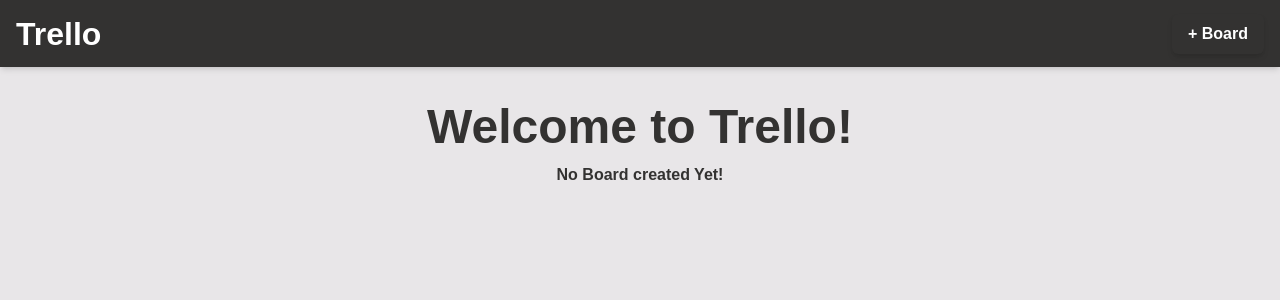
Repository: rimsha-shoukat/trello-app
Page: /
An editor plug-in stored every save of this project. The page is shown before and after a run of saves, followed by the edit.
The browser window is 1280 px wide. The pictures show the whole page.
The project was rebuilt for these pictures with package versions that can differ from the ones it lists, and the page was loaded fresh each time. The framework's server and built-in components were replaced by stand-ins that run in the browser. Also part of the build but not shown: next.config.mjs.

Above is the page before, as saved 2025-09-22 15:56:23.

### src/app/layout.jsx
import "./globals.css";

export const metadata = {
  title: "Trello App",
  description: "User workspace to manage different task",
};

export default function RootLayout({ children }) {

  return (
    <html lang="en">
      <body>
          {children}
      </body>
    </html>
  );
}

### src/app/page.jsx
'use client';
import dynamic from 'next/dynamic';
import { useState, useEffect } from 'react';
import MainHeader from '@/components/mainHeader';
import BoxArea from '@/components/boxArea';
const BoxDialogBox = dynamic(() => import('@/components/boxDialogBox'), { loading: () => <p>Loading...</p>, ssr: false });

export default function Home() {
  const [boardBox, setBoardBox] = useState(false);
  const [boardList, setBoardList] = useState([]);
  const [greeting, setGreeting] = useState(true);

  useEffect(() => {
    const storedBoards = localStorage.getItem('boards') || '[]';
    setBoardList(JSON.parse(storedBoards));
  }, []);

  useEffect(() => {
    const timer = setTimeout(() => {
      setGreeting(false);
    }, 9000);
    return () => {
      clearTimeout(timer);
    }
  }, []);

  return (
    <>
      <section className="w-[100%] flex flex-row justify-between items-center bg-[#333231] py-[0.6rem] px-4 shadow-md select-none">
        <MainHeader boardBox={boardBox} setBoardBox={setBoardBox} />
        <BoxDialogBox boardBox={boardBox} setBoardBox={setBoardBox} boardList={boardList} setBoardList={setBoardList} />
      </section>
      <BoxArea boardList={boardList} setBoardList={setBoardList} greeting={greeting} />
    </>
  );
}

### src/app/globals.css
@import "tailwindcss";

body{
    display: flex;
    justify-content: center;
    align-items: center;
    flex-direction: column;
    margin: 0;
    padding: 0;
    box-sizing: border-box;
    font-family: sans-serif;
    width: 100%;
    height: 100%;
    background-color: #e8e6e8;
    overflow-x: hidden;
    overflow-y: auto;
    color: white;
}

### src/components/mainHeader.jsx
'use client';

export default function mainHeader({boardBox, setBoardBox}){
    return(
        <>
            <h1 className="text-white text-[2rem] font-bold">Trello</h1>
                <div className="flex flex-row gap-4">
                <button
                    onClick={() => setBoardBox(!boardBox)}
                    className="py-2 px-4 bg-[#333231] hover:shadow-sm hover:scale-105 hover:shadow-gray-300 rounded-md cursor-pointer font-semibold text-white shadow-md transition-all duration-300"
                >
                    + Board
                </button>
            </div>
        </>
    )
}

### src/components/boxArea.jsx
import dynamic from 'next/dynamic';
const BoxList = dynamic(() => import('./boxList'), { ssr: false });

export default function BoxArea({ boardList, setBoardList, greeting }) {

  return (
    <section className="select-none text-[#333231] w-[100%] h-[100%] flex flex-col items-center justify-center mt-6">
      <h1 className={`${greeting ? 'block' : 'hidden'} font-bold text-[3rem]`} >Welcome to Trello!</h1>
      {
        boardList && Array.isArray(boardList) && boardList.length === 0 ? (
          <p className="font-bold text-[1rem]">No Board created Yet!</p>
        ) : (
          <section style={{
            scrollbarWidth: 'none',
            msOverflowStyle: 'none',
          }}
            className="mt-4 w-[100%] h-auto grid grid-flow-col grid-rows-2 gap-8 items-start justify-start overflow-x-auto overflow-y-hidden px-[2rem] ">
            <BoxList boardList={boardList} setBoardList={setBoardList} />
          </section>
        )}
    </section>
  )
}

### src/components/boxDialogBox.jsx
'use client';
import { useState } from 'react';

export default function boxDialogBox({ boardBox, setBoardBox, boardList, setBoardList }) {
    const [title, setTitle] = useState('');
    const [bg, setBg] = useState("#616060");
    const [text, setText] = useState('#f5f2f2');

    const handleNewBoard = (e) => {
        e.preventDefault();
        const newBoard = { id: Date.now().toString(), title: title, bg: bg, text: text, lists: [] };
        localStorage.setItem('boards', JSON.stringify([...boardList, newBoard]));
        setBoardList([...boardList, newBoard]);
        setTitle('');
        setBg("#616060");
        setText('#f5f2f2');
        setBoardBox(false);
    }

    return (
        <>
            {boardBox && (
                <form onSubmit={handleNewBoard} className="absolute top-1/2 left-1/2 transform -translate-x-1/2 -translate-y-1/2 bg-[#333231] p-6 rounded-md shadow-lg z-10">
                    <input
                        type="text" value={title} onChange={(e) => setTitle(e.target.value)}
                        className="border-2 p-2 rounded-md w-[12rem] border-gray-300/50 focus:outline-none focus:ring-0"
                        placeholder="Enter board title" required
                    />
                    <div className="flex flex-row w-[100%] items-center justify-between mt-2">
                        <input
                            type="color" value={bg} onChange={(e) => setBg(e.target.value)}
                            className="p-[0.25rem] cursor-pointer rounded-md w-20 h-10 shadow-sm hover:scale-105"
                            title="Pick a background color"
                        />
                        <input
                            type="color" value={text} onChange={(e) => setText(e.target.value)}
                            className="p-[0.25rem] cursor-pointer rounded-md w-20 h-10 shadow-sm hover:scale-105"
                            title="Pick a text color"
                        />
                    </div>
                    <div className="w-[100%] mt-4 flex flex-row justify-between items-center">
                        <button
                            onClick={() => setBoardBox(false)}
                            className="px-4 py-[0.35rem] bg-[#333231] hover:shadow-sm hover:scale-95 hover:shadow-gray-300 rounded-md cursor-pointer font-semibold shadow-sm transition-all duration-300"
                        >
                            Cancel
                        </button>
                        <button type="submit"
                            className="px-4 py-[0.35rem] bg-[#333231] hover:shadow-sm hover:scale-105 hover:shadow-gray-300 rounded-md cursor-pointer font-semibold text-white shadow-md transition-all duration-300"
                        >
                            Create
                        </button>
                    </div>
                </form>
            )}
        </>
    )

}

After the next 3 saves:
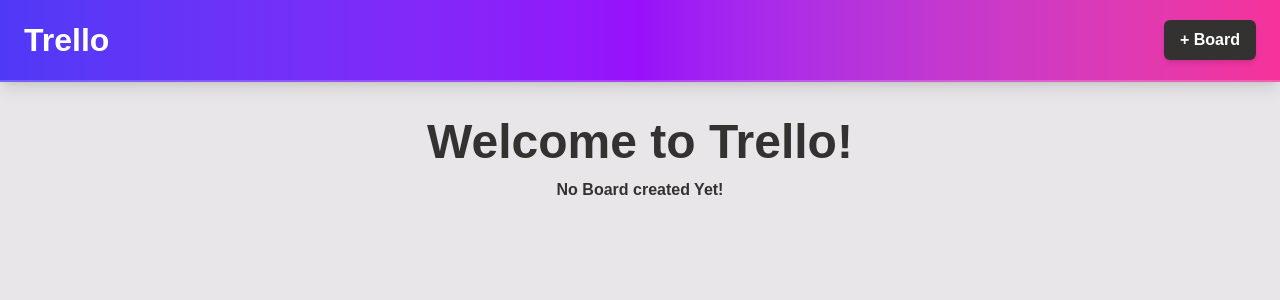
The 3 saves are shown as one change because 1 did not build or start and some came seconds apart.
The last was saved 27 h 19 min later.
--- a/src/app/page.jsx
+++ b/src/app/page.jsx
@@ -26,7 +26,7 @@
 
   return (
     <>
-      <section className="w-[100%] flex flex-row justify-between items-center bg-[#333231] py-[0.6rem] px-4 shadow-md select-none">
+      <section className="w-[100%] flex flex-row justify-between items-center bg-gradient-to-r from-indigo-600 via-purple-600 to-pink-500 py-[1rem] px-6 shadow-lg select-none backdrop-blur-sm border-b-2 border-white/20 " >
         <MainHeader boardBox={boardBox} setBoardBox={setBoardBox} />
         <BoxDialogBox boardBox={boardBox} setBoardBox={setBoardBox} boardList={boardList} setBoardList={setBoardList} />
       </section>
